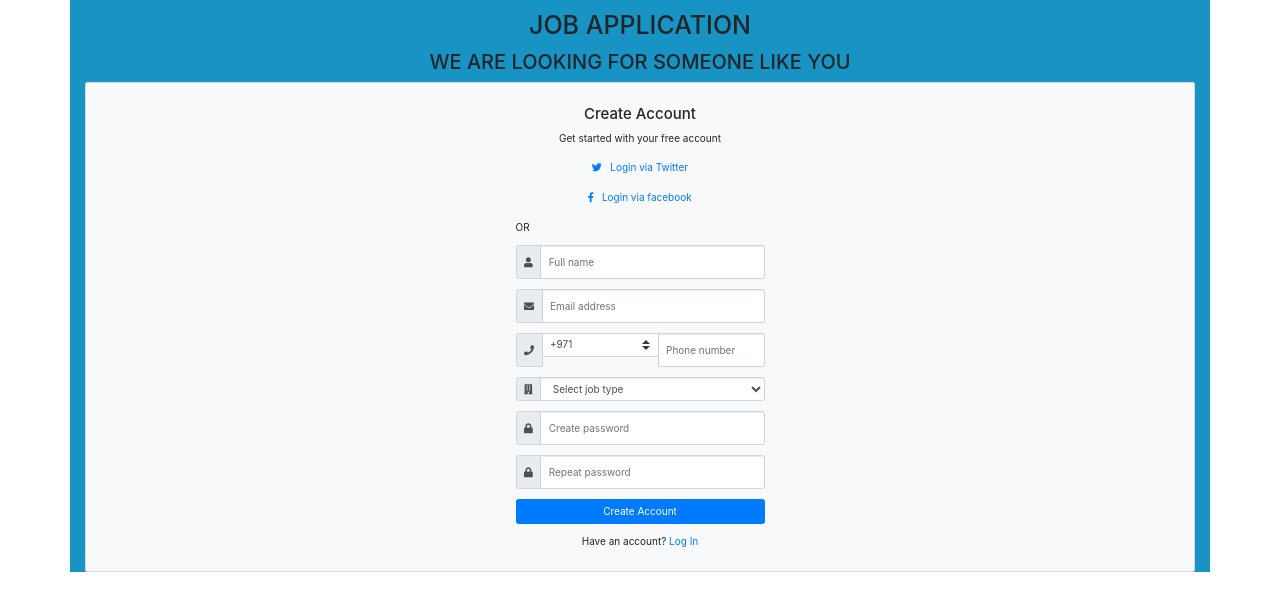
Repository: jenny241093/JS-Core
Page: 03.JSApplications/06.JSForFrontEndEx/skeleton/index.html
These files come from the project's save history. The page is drawn as it stood at one moment and after the next save; the edit follows.
The browser window is 1280 px wide. The pictures show the whole page.
Some web libraries are served in a nearby version.

Above is the page before, as saved 2019-04-01 15:07:39.

After the next save:
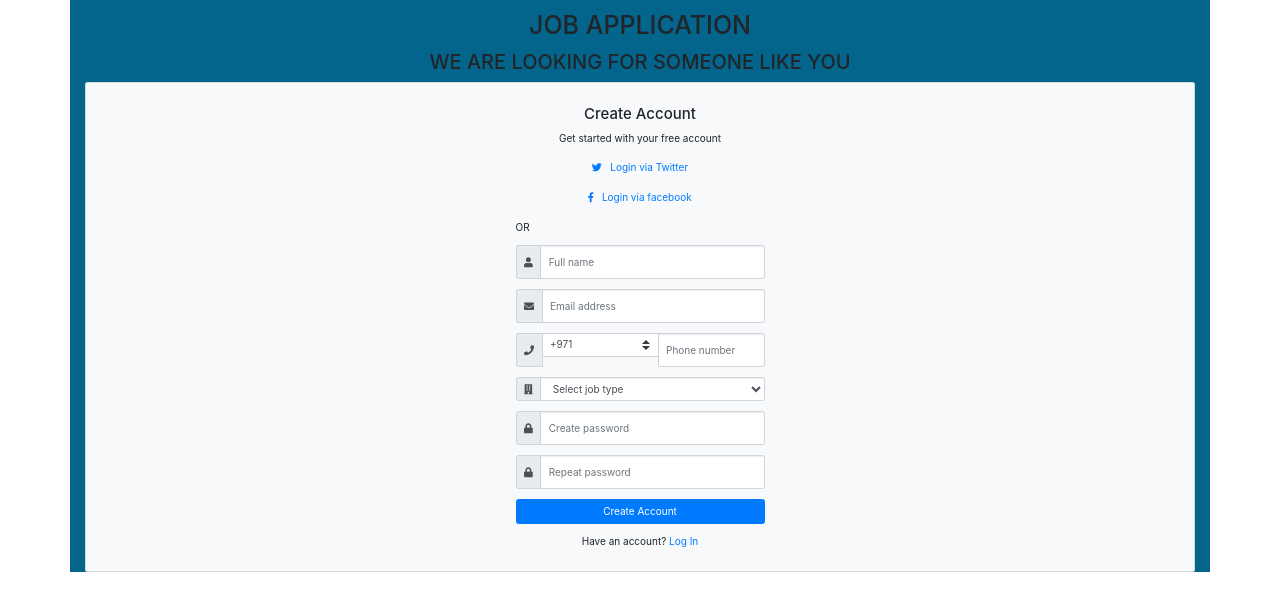
Saved 16 s later.
--- a/03.JSApplications/06.JSForFrontEndEx/skeleton/index.html
+++ b/03.JSApplications/06.JSForFrontEndEx/skeleton/index.html
@@ -19,7 +19,7 @@
     <link rel="stylesheet" href="https://use.fontawesome.com/releases/v5.0.8/css/all.css">
 
 
-    <div class="container" style="background-color:rgb(23, 147, 196)">
+    <div class="container" style="background-color:rgb(3, 101, 139)">
         <h1 class="card-title mt-3 text-center">JOB APPLICATION</h1>
         <h2 class="card-title mt-3 text-center">WE ARE LOOKING FOR SOMEONE LIKE YOU</h2>
         <div class="card bg-light">
